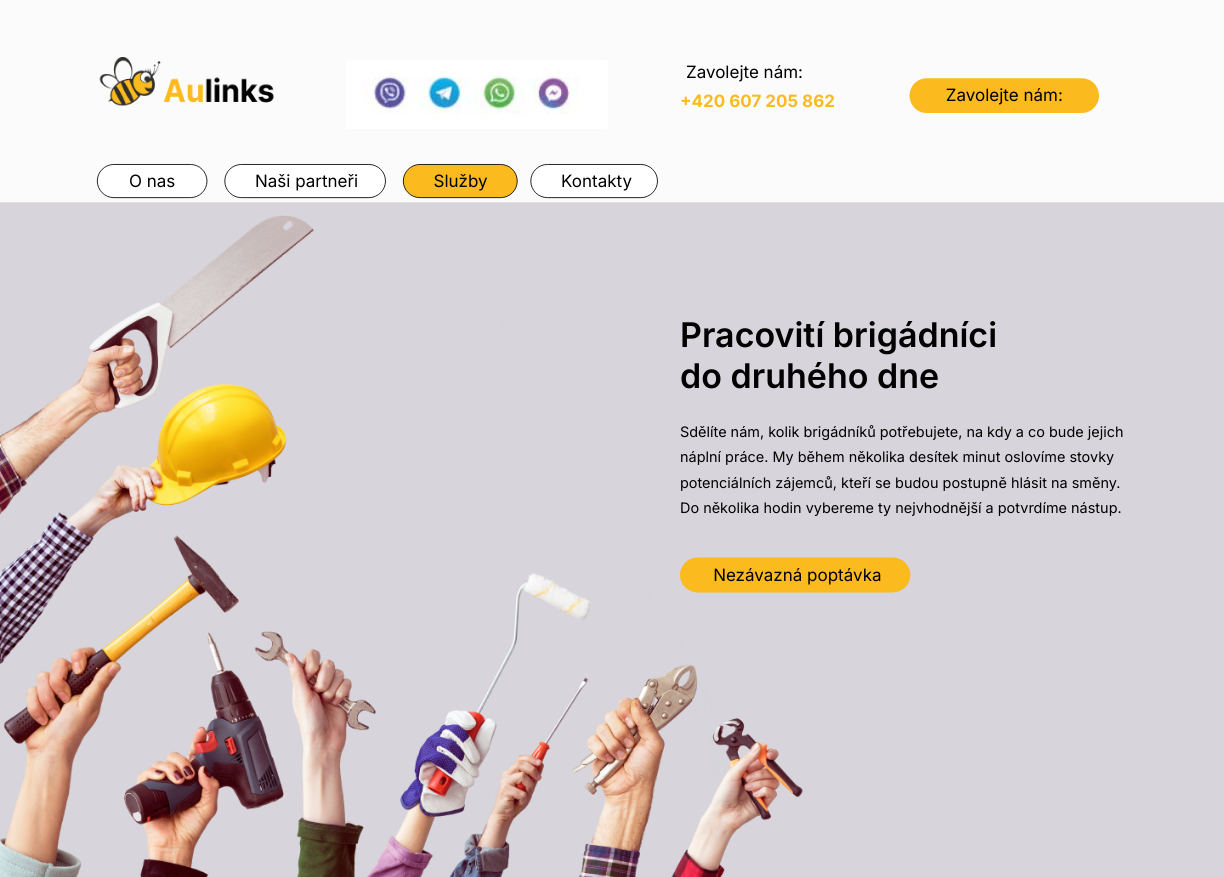
Repository: bilday08/bilday08.github.io
Page: page2.html
An editor plug-in stored every save of this project. The page is shown before and after the next save, followed by the edit.
The browser window is 1280 px wide. The page is 1440 px wide, so the pictures cover 1440 px, including what lies to the right of the window. The pictures show the whole page, at 85% of full size.

Above is the page before, as saved 2022-10-16 00:32:16.

### page2.html
<!DOCTYPE html>
<html>
<head>
    <meta charset= utf-8 />
    <meta http-equiv="X-UA-Compatible" content="IE=edge">
    <meta name="viewport" content="width=device-width, initial-scale=1.0">
    <link href="./reset.css" rel="stylesheet"/>
    <link href="./style2.css" rel="stylesheet"/>
    <link href="./responsive2.css" rel="stylesheet"/>
    <link
    rel="stylesheet"
    href="https://cdnjs.cloudflare.com/ajax/libs/font-awesome/6.2.0/css/all.min.css"
    integrity="sha512-xh6O/CkQoPOWDdYTDqeRdPCVd1SpvCA9XXcUnZS2FmJNp1coAFzvtCN9BmamE+4aHK8yyUHUSCcJHgXloTyT2A=="
    crossorigin="anonymous"
    referrerpolicy="no-referrer" />
    <title>aulinks2</title>
    <link rel="preconnect" href="https://fonts.googleapis.com">
    <link rel="preconnect" href="https://fonts.gstatic.com" crossorigin>
    <link href="https://fonts.googleapis.com/css2?family=Inter:wght@400;600;700;900&display=swap" rel="stylesheet">
    <link
    href="https://cdn.jsdelivr.net/npm/bootstrap@5.2.2/dist/css/bootstrap.min.css"
    rel="stylesheet"
    integrity="sha384-Zenh87qX5JnK2Jl0vWa8Ck2rdkQ2Bzep5IDxbcnCeuOxjzrPF/et3URy9Bv1WTRi"
    crossorigin="anonymous">
    <link
    href="https://cdn.jsdelivr.net/npm/bootstrap@5.2.2/dist/css/bootstrap.min.css"
    rel="stylesheet"
    integrity="sha384-Zenh87qX5JnK2Jl0vWa8Ck2rdkQ2Bzep5IDxbcnCeuOxjzrPF/et3URy9Bv1WTRi"
    crossorigin="anonymous">
</head>
<body>
    <div class="wrapper">
        <herder class="herder">
            <div class="container-top">
                <img srcset="./images/logo.png 2x" alt="#" class="herder-log"/>
                <div class="herder-log--2">
                    <img src="./images/Aulinks.png" alt="#" class="herder-log--line"/>
                    <img src="./images/Menu Rounded.png" alt="#" class="herder-log-menu">
                </div>
                <div class="herder-images">
                    <img src="./images/1.png" alt="#" class="herder-images--contact"/>
                </div>
                <div class="herder-phone">
                    <span class="herder-phone--text">Zavolejte nám:</span>
                    <span class="herder-phone--number">+420 607 205 862</span>
                </div>
                <div class="herder-button">
                    <a href="#" class="herder-button--brand">Zavolejte nám:</a>
                </div>
                <div class="herder-button--bottom">
                    <a href="#" class="herder-button--bottom1">O nas</a>
                    <a href="#" class="herder-button--bottom2">Naši partneři</a>
                    <a href="#" class="herder-button--bottom3">Služby</a>
                    <a href="#" class="herder-button--bottom4">Kontakty</a>
                </div>
                <div class="container-center">
                    <h1 class="herder-background--content1">Pracovití brigádníci do druhého dne</h1>
                    <p class="herder-background--content2">
                    Sdělíte nám, kolik brigádníků potřebujete, na kdy a co bude jejich náplní práce.
                    My během několika desítek minut oslovíme stovky potenciálních zájemců, kteří se
                    budou postupně hlásit na směny. Do několika hodin vybereme ty nejvhodnější a potvrdíme nástup.
                    </p>
                    <div class="herder-background--button">
                        <a href="#" class="herder-backgroud--button1">Nezávazná poptávka</a>
                    </div>
<script
src="https://cdn.jsdelivr.net/npm/@popperjs/core@2.11.6/dist/umd/popper.min.js"
integrity="sha384-oBqDVmMz9ATKxIep9tiCxS/Z9fNfEXiDAYTujMAeBAsjFuCZSmKbSSUnQlmh/jp3"
crossorigin="anonymous"></script>
<script
src="https://cdn.jsdelivr.net/npm/bootstrap@5.2.2/dist/js/bootstrap.min.js"
integrity="sha384-IDwe1+LCz02ROU9k972gdyvl+AESN10+x7tBKgc9I5HFtuNz0wWnPclzo6p9vxnk"
crossorigin="anonymous"></script>
</body>
</html>

### style2.css
*{
    box-sizing: border-box;
    font-family: 'Inter', sans-serif;
    margin: 0;
    padding: 0;
}
.wrapper{
    max-width: 1440px;
}
  /*hedder*/
.container-top{
    max-width: 1440px;
    height: 410px;
    background-image: url(./images/Rectangle\ 8\ \(7\).png);
    background-repeat: no-repeat;
    background-size: auto;
    position: absolute;
}
.herder-log{
    position: absolute;
    width: 78px;
    height: 71px;
    margin-top: 60px;
    margin-left: 114px;
}
.herder-log--line{
    width: 130px;
    height: 30px;
    margin-left: 192px;
    margin-top: 91px;
}
.herder-log-menu{
    width: 30px;
    height: 30px;
    display: none;
}
.herder-images--contact{
    width: 308.12px;
    height: 81.11px;
    margin-left: 407px;
    margin-top: -50px;
}
.herder-phone--text{
    display: block;
    width: 145px;
    height: 30px;
    font-weight: 400;
    font-size: 20px;
    line-height: 24px;
    color: black;
    margin-left: 807px;
    margin-top: -79px;
    margin-right: 491px;
}
.herder-phone--number{
    display: block;
    width: 185px;
    height: 24px;
    font-weight: 700;
    font-size: 20px;
    line-height: 24px;
    color: #FBBA1D;
    margin: 4px 455px 0 800px;
}
.herder-button--brand{
   text-align: center;
   text-decoration: none;
   padding: 8px 39px;
   color: black;
   background-color: #FBBA1D;
   width: 223px;
   height: 41px;
   font-weight: 400;
   font-size: 20px;
   line-height: 24px;
   border-radius: 30px;
   margin-top: -39px;
   margin-left: 1070px;
   display: block;
}
.herder-button--bottom1{
   text-decoration: none;
   text-align: center;
   display: block;
   color: black;
   background-color: white;
   padding: 7px 35px;
   width: 130px;
   height: 40px;
   font-weight: 400;
   font-size: 20px;
   line-height: 24px;
   border-radius: 30px;
   border: 1px solid #000000;
   margin-top: 60px;
   margin-left: 114px;
}
.herder-button--bottom2{
   text-decoration: none;
   text-align: center;
   display: block;
   color: black;
   background-color: white;
   padding: 7px 35px;
   width: 190px;
   height: 40px;
   font-weight: 400;
   font-size: 20px;
   line-height: 24px;
   border-radius: 30px;
   border: 1px solid #000000;
   margin-top: -40px;
   margin-left: 264px;
   white-space: nowrap;
}
.herder-button--bottom3{
   text-decoration: none;
   text-align: center;
   display: block;
   color: black;
   background-color: #FBBA1D;
   padding: 7px 35px;
   width: 135px;
   height: 40px;
   font-weight: 400;
   font-size: 20px;
   line-height: 24px;
   border-radius: 30px;
   border: 1px solid #000000;
   margin-top: -40px;
   margin-left: 474px;
}
.herder-button--bottom4{
   text-decoration: none;
   text-align: center;
   display: block;
   color: black;
   background-color: white;
   padding: 7px 35px;
   width: 150px;
   height: 40px;
   font-weight: 400;
   font-size: 20px;
   line-height: 24px;
   border-radius: 30px;
   border: 1px solid #000000;
   margin-top: -40px;
   margin-left: 624px;
}
.container-center{
    position: absolute;
    width: 1440px;
}
.herder-background--content1{
    width: 427px;
    height: 95px;
    font-weight: 600;
    font-size: 40px;
    line-height: 48px;
    color: #000000;
    margin-left: 113px;
    margin-top: 349px;
}
.herder-background--content2{
    width: 535px;
    height: 120px;
    font-weight: 400;
    font-size: 17px;
    line-height: 30px;
    color: #000000;
    margin-top: 28px;
    margin-left: 113px;
}
.herder-backgroud--button1{
   text-decoration: none;
   text-align: center;
   display: block;
   padding: 8px 39px;
   color: black;
   background-color: #FBBA1D;
   width: 271px;
   height: 41px;
   font-weight: 400;
   font-size: 20px;
   line-height: 24px;
   border-radius: 30px;
   margin-top: 43px;
   margin-left: 113px;
   white-space: nowrap;
}

### responsive2.css
*{
    box-sizing: border-box;
    font-family: 'Inter', sans-serif;
    margin: 0;
    padding: 0;
}
.wrapper{
    max-width: 1440px;
}
  /*hedder*/
.container-top{
    max-width: 1440px;
    height: 410px;
    background-image: url(./images/Rectangle\ 8\ \(3\).png);
    background-repeat: no-repeat;
    background-size: auto;
    position: absolute;
}
.herder-log{
    position: absolute;
    width: 78px;
    height: 71px;
    margin-top: 60px;
    margin-left: 114px;
}
.herder-log--line{
    width: 130px;
    height: 30px;
    margin-left: 192px;
    margin-top: 91px;
}
.herder-log-menu{
    width: 30px;
    height: 30px;
    display: none;
}
.herder-images--contact{
    width: 308.12px;
    height: 81.11px;
    margin-left: 407px;
    margin-top: -50px;
}
.herder-phone--text{
    display: block;
    width: 145px;
    height: 30px;
    font-weight: 400;
    font-size: 20px;
    line-height: 24px;
    color: black;
    margin-left: 807px;
    margin-top: -79px;
    margin-right: 491px;
}
.herder-phone--number{
    display: block;
    width: 185px;
    height: 24px;
    font-weight: 700;
    font-size: 20px;
    line-height: 24px;
    color: #FBBA1D;
    margin: 4px 455px 0 800px;
}
.herder-button--brand{
   text-align: center;
   text-decoration: none;
   padding: 8px 39px;
   color: black;
   background-color: #FBBA1D;
   width: 223px;
   height: 41px;
   font-weight: 400;
   font-size: 20px;
   line-height: 24px;
   border-radius: 30px;
   margin-top: -39px;
   margin-left: 1070px;
   display: block;
}
.herder-button--bottom1{
   text-decoration: none;
   text-align: center;
   display: block;
   color: black;
   background-color: white;
   padding: 7px 35px;
   width: 130px;
   height: 40px;
   font-weight: 400;
   font-size: 20px;
   line-height: 24px;
   border-radius: 30px;
   border: 1px solid #000000;
   margin-top: 60px;
   margin-left: 114px;
}
.herder-button--bottom2{
   text-decoration: none;
   text-align: center;
   display: block;
   color: black;
   background-color: white;
   padding: 7px 35px;
   width: 190px;
   height: 40px;
   font-weight: 400;
   font-size: 20px;
   line-height: 24px;
   border-radius: 30px;
   border: 1px solid #000000;
   margin-top: -40px;
   margin-left: 264px;
   white-space: nowrap;
}
.herder-button--bottom3{
   text-decoration: none;
   text-align: center;
   display: block;
   color: black;
   background-color: #FBBA1D;
   padding: 7px 35px;
   width: 135px;
   height: 40px;
   font-weight: 400;
   font-size: 20px;
   line-height: 24px;
   border-radius: 30px;
   border: 1px solid #000000;
   margin-top: -40px;
   margin-left: 474px;
}
.herder-button--bottom4{
   text-decoration: none;
   text-align: center;
   display: block;
   color: black;
   background-color: white;
   padding: 7px 35px;
   width: 150px;
   height: 40px;
   font-weight: 400;
   font-size: 20px;
   line-height: 24px;
   border-radius: 30px;
   border: 1px solid #000000;
   margin-top: -40px;
   margin-left: 624px;
}
.container-center{
    position: absolute;
    width: 1440px;
    height: 794px;
    background-image: url(./images/2.png);
    background-size: 100%;
    background-repeat: no-repeat;
    margin-top: 5px;
}
.herder-background--content1{
    width: 427px;
    height: 95px;
    font-weight: 600;
    font-size: 40px;
    line-height: 48px;
    color: #000000;
    margin-left: 800px;
    margin-top: 132px;
}
.herder-background--content2{
    width: 535px;
    height: 120px;
    font-weight: 400;
    font-size: 17px;
    line-height: 30px;
    color: #000000;
    margin-top: 28px;
    margin-left: 800px;
}
.herder-backgroud--button1{
   text-decoration: none;
   text-align: center;
   display: block;
   padding: 8px 39px;
   color: black;
   background-color: #FBBA1D;
   width: 271px;
   height: 41px;
   font-weight: 400;
   font-size: 20px;
   line-height: 24px;
   border-radius: 30px;
   margin-top: 43px;
   margin-left: 800px;
   white-space: nowrap;
}
.herder-images--top_center{
    max-width: 100%;
    height: auto;
}
.center-button--white{
    text-decoration: none;
    max-width: 1093px;
    height: 313px;
    background-color:#FFFFFF;
    border-radius: 81px;
    display: block;
    margin-top: 165px;
    margin-left: 162px;
    margin-right: 185px;
    padding-top: 78px;
}
.center-button--first1{
    display: block;
    font-weight: 600;
    font-size: 100px;
    line-height: 121px;
    color: #646464;
    margin-left: 49px;
}
.center-button--first2{
    width: 240px;
    height: 33px;
    display: block;
    font-weight: 400;
    font-size: 30px;
    line-height: 30px;
    color: #000000;
    margin-left: 62px;
    margin-bottom: 78px;
}
.center-button--second1{
    width: 224px;
    height: 124px;
    font-style: normal;
    font-weight: 600;
    font-size: 100px;
    line-height: 121px;
    color: #646464;
    margin-left: 437px;
    margin-top: -235px;
    display: block;
}
.center-button--second2{
    display: block;
    position: absolute;
    font-style: normal;
    font-weight: 400;
    font-size: 30px;
    line-height: 30px;
    color: black;
    margin-left: 515px;
    margin-bottom: 78px;
}
.center-button--third1{
    display: block;
    font-weight: 600;
    font-size: 100px;
    line-height: 121px;
    color: #646464;
    margin-left: 838px;
    margin-top: -127px;
}
.center-button--third2{
    display: block;
    position: absolute;
    font-style: normal;
    font-weight: 400;
    font-size: 30px;
    line-height: 30px;
    color: black;
    margin-left: 868px;
    margin-top: 6px;
}
 /*main*/
.global-heading{
    max-width: 418px;
    height: 95px;
    font-weight: 600;
    font-size: 40px;
    line-height: 48px;
    color: #000000;
    margin-top: 213px;
    margin-left: 113px;
}
.global-text{
    font-weight: 400;
    font-size: 17px;
    line-height: 30px;
    color: #000000;
    max-width: 432px;
    height: 189px;
    margin-left: 113px;
    margin-top: 41px;
}
.service-button--first{
    text-decoration: none;
    text-align: center;
    display: block;
    padding: 8px 39px;
    color: black;
    background-color: #FBBA1D;
    width: 271px;
    height: 41px;
    font-weight: 400;
    font-size: 20px;
    line-height: 24px;
    border-radius: 30px;
    white-space: nowrap;
    margin-left: 113px;
}
.service-images--first{
    width: 583px;
    height: 360px;
    display: block;
    margin-top: -338px;
    margin-left: 750px;
}
.service-images--sencond{
    width: 544px;
    height: 312px;
    display: block;
    margin-top: 143px;
    margin-left: 113px;
}
.global-heading2{
    max-width: 418px;
    height: 95px;
    font-weight: 600;
    font-size: 40px;
    line-height: 48px;
    color: #000000;
    margin-top: -360px;
    margin-left: 750px;
}
.global-text2{
    font-weight: 400;
    font-size: 17px;
    line-height: 30px;
    color: #000000;
    max-width: 432px;
    height: 189px;
    margin-left: 750px;
    margin-top: 41px;
}
.service-button--second{
    text-decoration: none;
    text-align: center;
    display: block;
    padding: 8px 39px;
    color: black;
    background-color: #FBBA1D;
    width: 271px;
    height: 41px;
    font-weight: 400;
    font-size: 20px;
    line-height: 24px;
    border-radius: 30px;
    white-space: nowrap;
    margin-left: 750px;
}
.container-brand{
    background-image: url(./images/Rectangle\ 7.png);
    background-repeat: no-repeat;
    background-size: auto;
    position: absolute;
    width: 1440px;
    height: 429px;
    margin-top: 164px;
}
.brand-images1{
    margin-top: 227px;
    margin-left: 128px;
}
.brand-images2{
    margin-top: 237px;
    margin-left: 43px;
}
.brand-images3{
    margin-top: 231px;
    margin-left: 43px;
}
.brand-images4{
    margin-top: 256px;
    margin-left: 43px;
}
.brand-images5{
    margin-top: 233px;
    margin-left: 43px;
}
.brand-images6{
    margin-top: 253px;
    margin-left: 43px;
}
.titles-icon{
    width: 738px;
    height: 56px;
    font-weight: 600;
    font-size: 40px;
    line-height: 48px;
    color: #000000;
    margin-top: 712px;
    margin-left: 351px;
}
.icon-images1{
    width: 117px;
    height: 108px;
    margin-left: 230px;
    margin-top: 94px;
}
.icon-images2{
    width: 92px;
    height: 93px;
    margin-left: 98px;
    margin-top: 101px;
}
.icon-images3{
    width: 119px;
    height: 128px;
    margin-left: 135px;
    margin-top: 88px;
}
.icon-images4{
    width: 119px;
    height: 126px;
    margin-left: 127px;
    margin-top: 88px;
}
.icon-images5{
    width: 116px;
    height: 101px;
    margin-left: 90px;
    margin-top: 99px;
}
.icon-text1{
    text-align: center;
    display: block;
    width: 83px;
    height: 33px;
    font-weight: 400;
    font-size: 30px;
    line-height: 30px;
    color: #000000;
    margin-top: 25px;
    margin-left: 247px;
}
.icon-text2{
    text-align: center;
    display: block;
    width: 211px;
    height: 33px;
    font-weight: 400;
    font-size: 30px;
    line-height: 30px;
    color: #000000;
    margin-top: -33px;
    margin-left: 386px;
}
.icon-text3{
    text-align: center;
    display: block;
    width: 191px;
    height: 33px;
    font-weight: 400;
    font-size: 30px;
    line-height: 30px;
    color: #000000;
    margin-top: -33px;
    margin-left: 636px;
}
.icon-text4{
    text-align: center;
    display: block;
    width: 222px;
    height: 33px;
    font-weight: 400;
    font-size: 30px;
    line-height: 30px;
    color: #000000;
    margin-top: -33px;
    margin-left: 866px;
}
.icon-text5{
    text-align: center;
    display: block;
    width: 91px;
    height: 33px;
    font-weight: 400;
    font-size: 30px;
    line-height: 30px;
    color: #000000;
    margin-top: -33px;
    margin-left: 1140px;
}
.login-box{
    width: 692px;
    height: 530px;
    border: 1px solid #FBBA1D;
    border-radius: 42px;
    margin-top: 299px;
    margin-left: 113px;
}
.box-heading{
    height: 119px;
    width: 537px;
    font-weight: 600;
    font-size: 40px;
    line-height: 35px;
    color: #000000;
    margin-top: 46px;
    margin-left: 78px;
}
.box-text{
    height: 119px;
    width: 537px;
    font-weight: 400;
    font-size: 17px;
    line-height: 30px;
    color: #000000;
    margin-top: -65px;
    margin-left: 78px;
}
.titles1{
    display: block;
    font-weight: 400;
    font-size: 17px;
    color: #646464;
    line-height: 67px;
    margin-top: -357px;
    margin-left: 189px;
}
.titles2{
    display: block;
    font-weight: 400;
    font-size: 17px;
    color: #646464;
    line-height: 67px;
    margin-left: 189px
}
.titles3{
    display: block;
    font-weight: 400;
    font-size: 17px;
    color: #646464;
    line-height: 67px;
    margin-left: 189px
}
.underlined1{
    display: block;
    position: absolute;
    width: 541px;
    height: 0px;
    border: 1px solid #000000;
    margin-left: 189px;
}
.underlined2{
    display: block;
    position: absolute;
    width: 541px;
    height: 0px;
    border: 1px solid #000000;
    margin-left: 189px
}
.underlined3{
    display: block;
    position: absolute;
    width: 541px;
    height: 0px;
    border: 1px solid #000000;
    margin-left: 189px
}
.login-login--button{
    text-decoration: none;
    text-align: center;
    display: block;
    padding: 8px 103px;
    color: black;
    background-color: #FBBA1D;
    width: 271px;
    height: 41px;
    font-weight: 400;
    font-size: 20px;
    line-height: 24px;
    border-radius: 30px;
    white-space: nowrap;
    margin-top: 54px;
    margin-left: 324px;
}
.login-contact--number{
    display: block;
    width: 476px;
    height: 37px;
    font-weight: 900;
    font-size: 50px;
    line-height: 30px;
    color: #FBBA1D;
    margin-left: 854px;
    margin-top: -280px;
}
.login-contact--text{
    display: block;
    width: 172px;
    height: 33px;
    font-weight: 400;
    font-size: 20px;
    line-height: 30px;
    margin-left: 854px;
    margin-top: 26px;
}
.login-contact--images{
    width: 308px;
    height: 89px;
    margin-left: 827px;
    margin-top: 20px;
}
.container-bottom{
    width: 1440px;
    height: 338px;
    background: #FBFBFB;
    font-family: 'Inter', sans-serif;
    background-image: url(./images/Rectangle\ 10\ \(2\).png);
}
.footer-logo1{
    width: 78px;
    height: 71px;
    margin-top: 57px;
    margin-left: 113px;
}
.footer-logo2{
    width: 130px;
    height: 30px;
    margin-top: 78px;
}
.footer-text1{
    display: block;
    font-weight: 400;
    font-size: 17px;
    line-height: 30px;
    color: #000000;
    margin-left: 113px;
    margin-top: 90px;
}
.footer-text2{
    display: block;
    font-weight: 400;
    font-size: 17px;
    line-height: 30px;
    color: #000000;
    margin-left: 113px;
    margin-top: 4px;
}
.footer-text3{
    width: 319px;
    height: 63px;
    display: block;
    font-weight: 400;
    font-size: 17px;
    line-height: 30px;
    color: #000000;
    margin-left: 559px;
    margin-top:-200px;
}
.footer-text4{
    width: 145px;
    height: 30px;
    display: block;
    font-weight: 400;
    font-size: 17px;
    line-height: 30px;
    color: #000000;
    margin-left: 559px;
    margin-top: 58px;
}
.footer-number{
    width: 369px;
    height: 48px;
    font-weight: 700;
    font-size: 40px;
    line-height: 48px;
    color: #FBBA1D;
    margin-left: 559px;
}
.bottom1{
    text-decoration: none;
    text-align: center;
    display: block;
    color: black;
    background-color: white;
    padding: 7px 35px;
    width: 130px;
    height: 40px;
    font-weight: 400;
    font-size: 20px;
    line-height: 24px;
    border-radius: 30px;
    border: 1px solid #000000;
    margin: -220px 170px 16px 1140px;
}
.bottom2{
    text-decoration: none;
    text-align: center;
    display: block;
    color: black;
    background-color: white;
    padding: 7px 35px;
    width: 190px;
    height: 40px;
    font-weight: 400;
    font-size: 20px;
    line-height: 24px;
    border-radius: 30px;
    border: 1px solid #000000;
    margin: 16px 170px 16px 1140px;
    white-space: nowrap;
}
.bottom3{
    text-decoration: none;
    text-align: center;
    display: block;
    color: black;
    background-color: white;
    padding: 7px 35px;
    width: 150px;
    height: 40px;
    font-weight: 400;
    font-size: 20px;
    line-height: 24px;
    border-radius: 30px;
    border: 1px solid #000000;
    margin: 16px 170px 16px 1140px;
}
.bottom-yellow{
    text-decoration: none;
    text-align: center;
    display: block;
    color: black;
    background-color: #FBBA1D;
    padding: 7px 35px;
    width: 135px;
    height: 40px;
    font-weight: 400;
    font-size: 20px;
    line-height: 24px;
    border-radius: 30px;
    border: 1px solid #000000;
    margin: 16px 170px 16px 1140px;
}

Loaded but not shown: reset.css (common file)

After the next save:
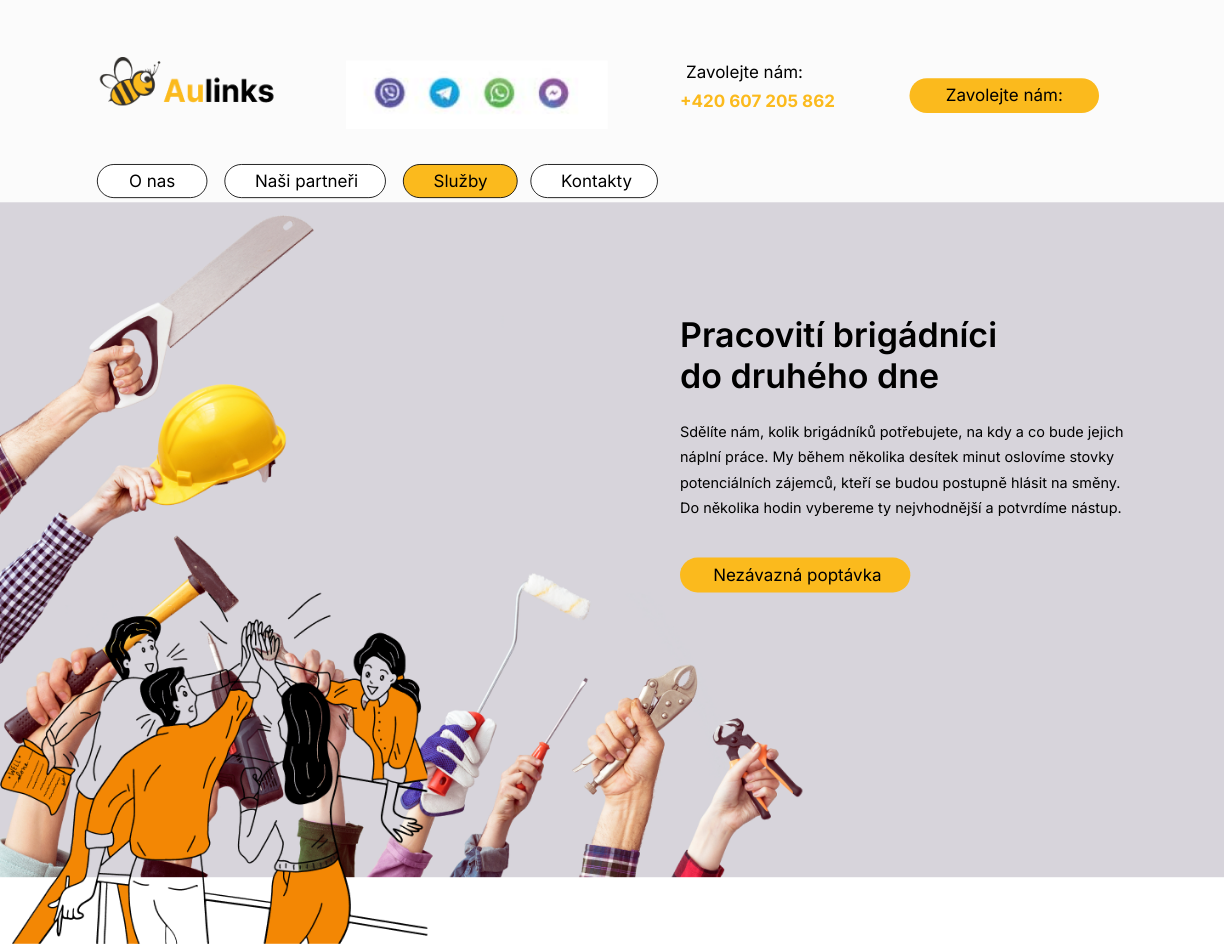
Saved 63 s later.
--- a/page2.html
+++ b/page2.html
@@ -63,6 +63,9 @@
                     <div class="herder-background--button">
                         <a href="#" class="herder-backgroud--button1">Nezávazná poptávka</a>
                     </div>
+                    <div class="container-top--center">
+                        <img src="./images/page2(1).png" alt="#" class="herder-images--top_center"/>
+                    </div>
 <script
 src="https://cdn.jsdelivr.net/npm/@popperjs/core@2.11.6/dist/umd/popper.min.js"
 integrity="sha384-oBqDVmMz9ATKxIep9tiCxS/Z9fNfEXiDAYTujMAeBAsjFuCZSmKbSSUnQlmh/jp3"
